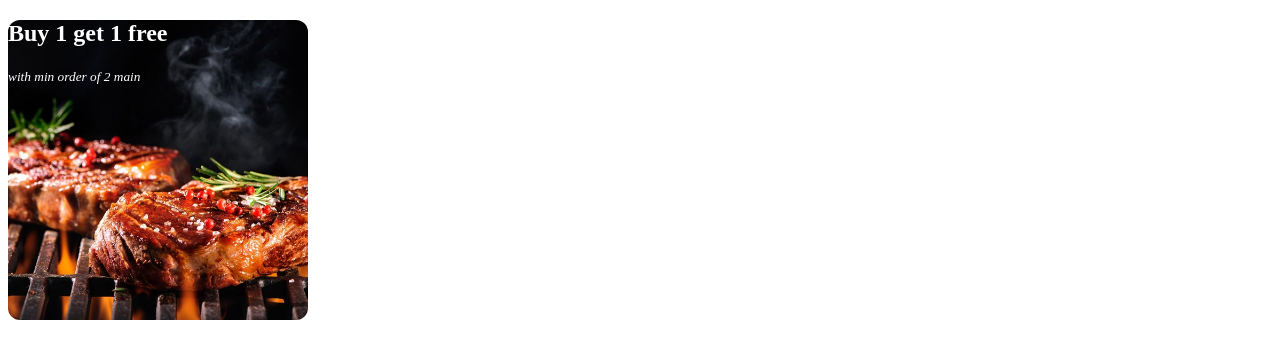
Repository: 4forces/HTML-CSS-LESSON
Page: box.html
The author's editor kept a record of every edit. The page is drawn from the files as they stood at one moment, then again after the next edit.
The browser window is 1280 px wide. The pictures show the whole page.

Above is the page before.

### box.html
<!DOCTYPE html>
<html lang="en">
<head>
    <meta charset="UTF-8">
    <meta name="viewport" content="width=device-width, initial-scale=1.0">
    <meta http-equiv="X-UA-Compatible" content="ie=edge">
    <style>
        .box{
            width: 300px;
            height:300px;
            background-image:url(bbq-beef..jpg);
            background-size:cover;
            border-radius:12px;
        }
        .promo{
            color:white;
        }
    </style>
    <title>Document</title>
</head>
<body>
    <div class="box">
        <div class='promo'>
            <h2>Buy 1 get 1 free</h2>
            <small><i>with min order of 2 main</i></small>
        </div>
    </div>
</body>
</html>

After the next edit:
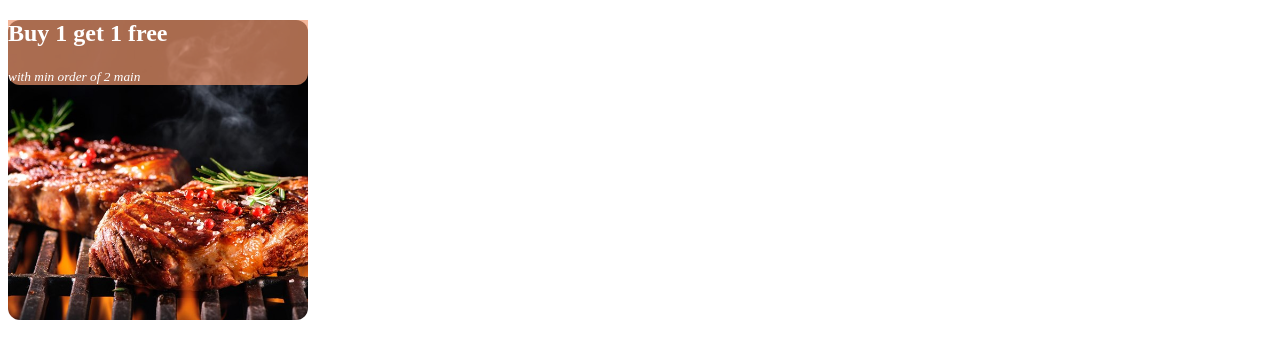
The edit:
--- a/box.html
+++ b/box.html
@@ -14,6 +14,10 @@
         }
         .promo{
             color:white;
+            width:100%;
+            /*padding: 10px 0px;*/
+            background-color: rgba(240, 151, 110, 0.7);
+            border-radius: 0 0 12px 12px;
         }
     </style>
     <title>Document</title>
